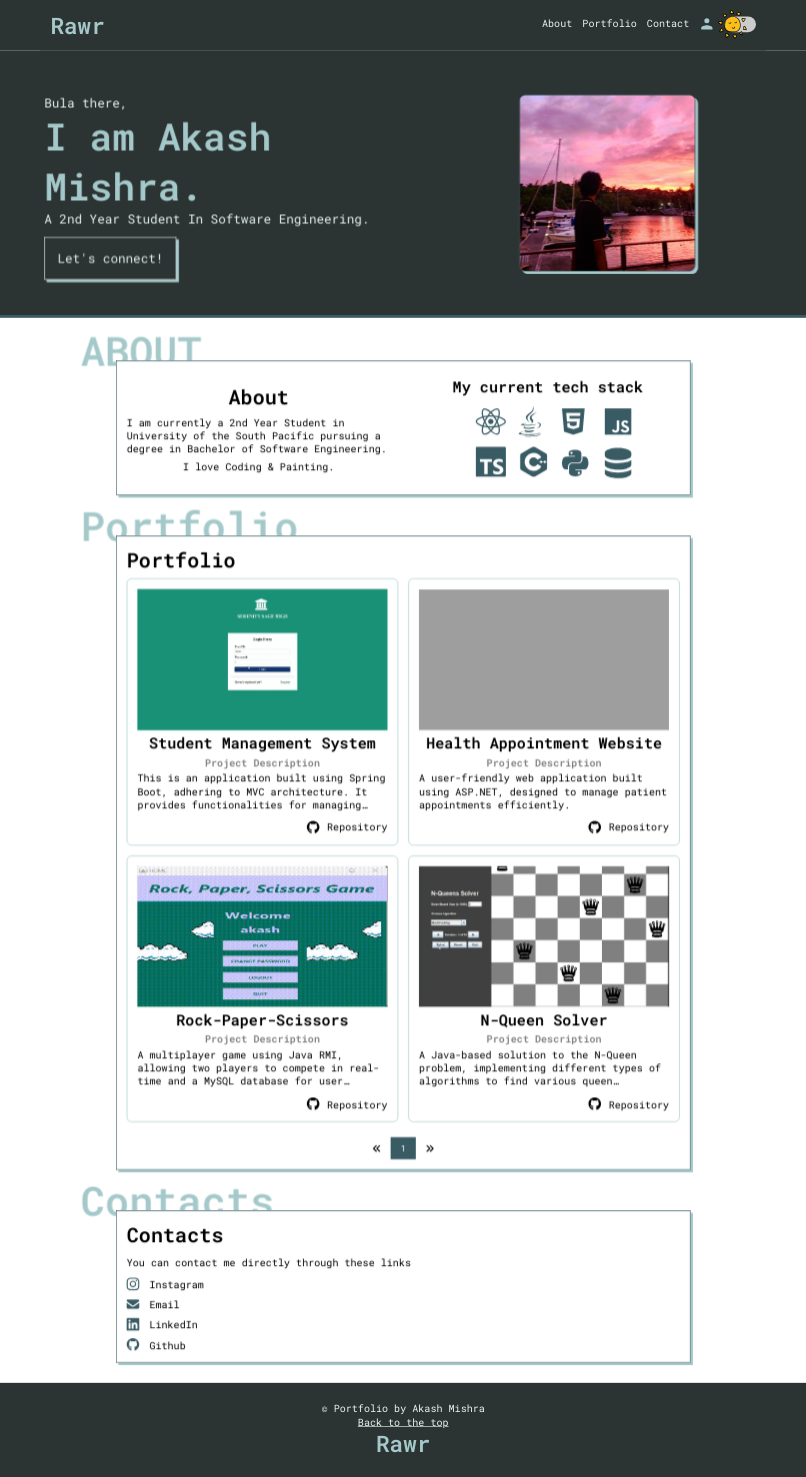
Repository: akashrawr/portfolio
Page: /
An editor plug-in stored every save of this project. The page is shown before and after the next save, followed by the edit.
The browser window is 1280 px wide. The pictures show the whole page, at 63% of full size.
Pictures or frames that could not be fetched are drawn as grey boxes. The project was rebuilt for these pictures with package versions that can differ from the ones it lists, and the page was loaded fresh each time.

Above is the page before, as saved 2025-01-01 20:58:38.

After the next save:
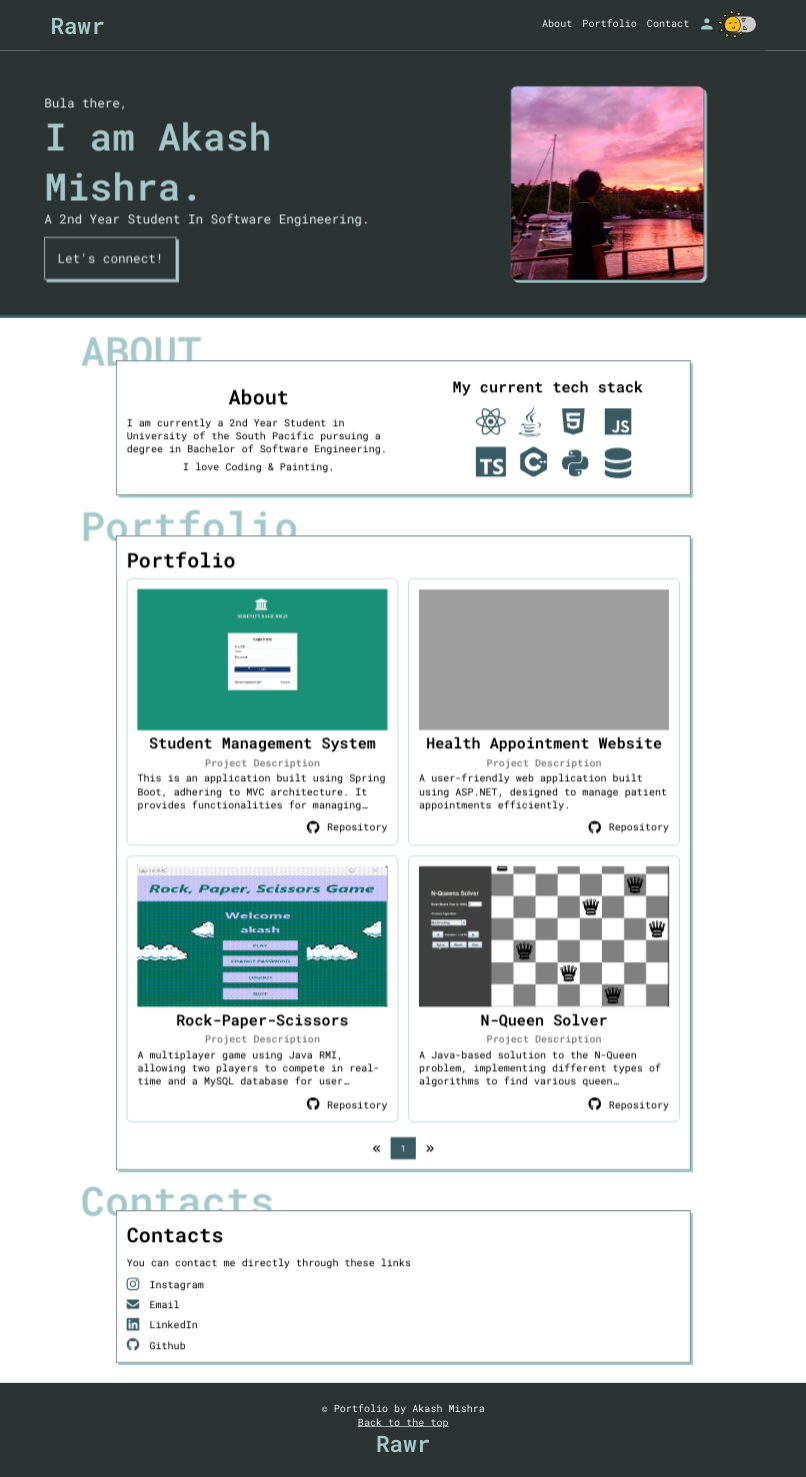
Saved 3 min 6 s later.
--- a/src/App.css
+++ b/src/App.css
@@ -284,7 +284,7 @@ section {
 }
 
 .hero-image {
-  max-width: 50%;
+  max-width: 55%;
   height: auto;
   border-radius: 10px;
   box-shadow: 0 4px 8px rgba(0, 0, 0, 0.1);
